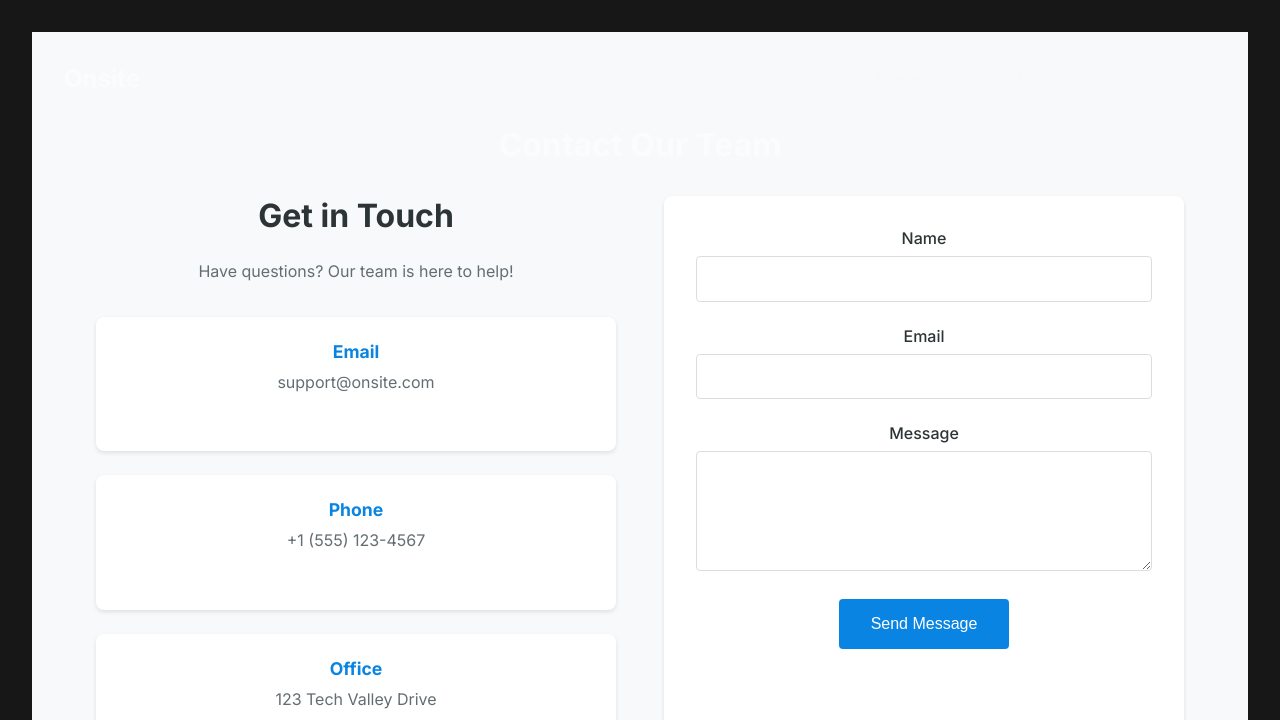
Repository: arifsoul/onsite
Page: /contact (app in onsite/)
An editor plug-in stored every save of this project. The page is shown before and after the next save, followed by the edit.
The browser window is 1280 px wide. The pictures show the whole page.
An inner scrolling area shows only its first screen. The project was rebuilt for these pictures with package versions that can differ from the ones it lists, and the page was loaded fresh each time. Also part of the build but not shown: onsite/vite.config.js, onsite/src/components/Editor/CSSPanel.jsx, onsite/src/components/Editor/JSPanel.jsx, onsite/src/components/Editor/ComponentEditor.css, onsite/src/components/Editor/ComponentEditor.jsx, onsite/src/components/Preview/LivePreview.jsx, onsite/src/components/Auth/GoogleLogin.css, onsite/src/components/Auth/GoogleLogin.jsx and 12 more.

Above is the page before, as saved 2025-04-16 12:01:56.

After the next save:
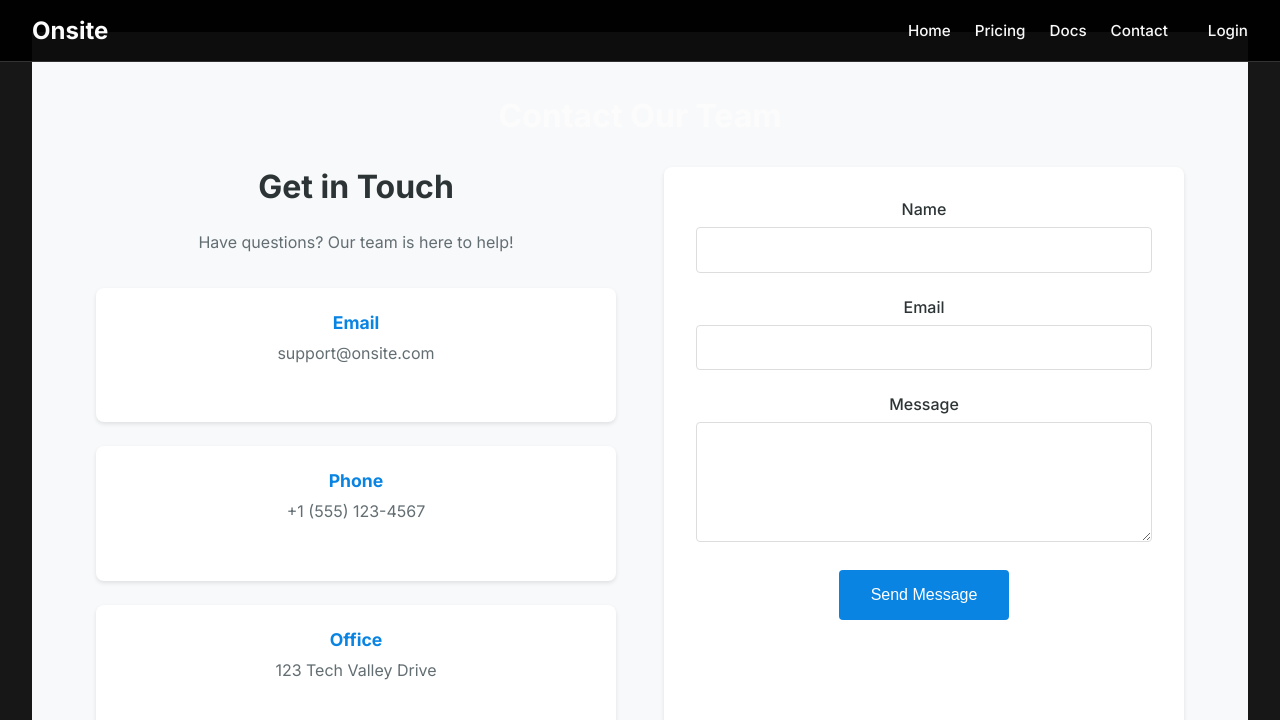
Saved 4 s later.
--- a/onsite/src/pages/Contact.jsx
+++ b/onsite/src/pages/Contact.jsx
@@ -5,7 +5,9 @@
 const Contact = () => {
   return (
     <div className="contact-page">
-      <NavMenu />
+      <header className="home-header">
+        <NavMenu />
+      </header>
       <div className="contact-container">
         <h1>Contact Our Team</h1>
         <div className="contact-content">
